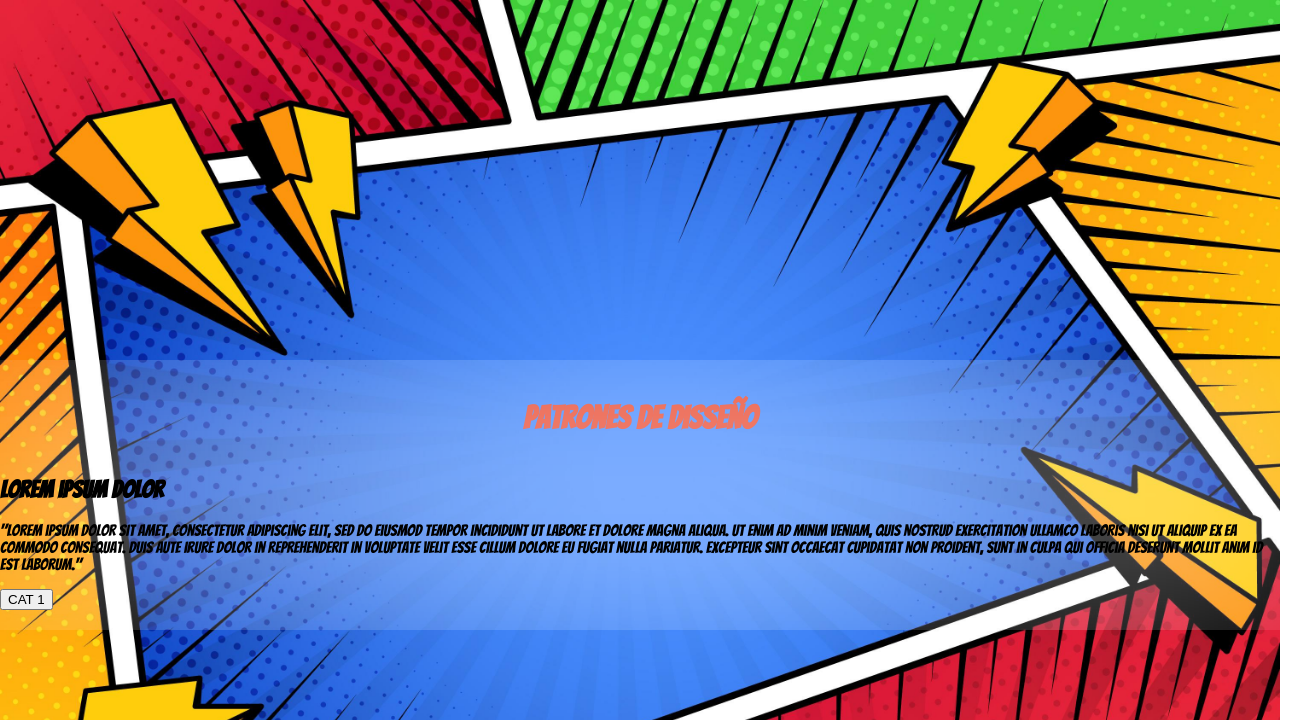
Repository: nrsWebs/design-pattern-es
Page: index.html
The author's editor kept a copy of each file at every save. The page is drawn from the files as they stood at one save, then again after the next save.
The browser window is 1280 px wide. The page is 1300 px wide, so the pictures cover 1300 px, including what lies to the right of the window. The pictures show the whole page.

Above is the page before, as saved 2021-02-06 19:45:16.

After the next save:
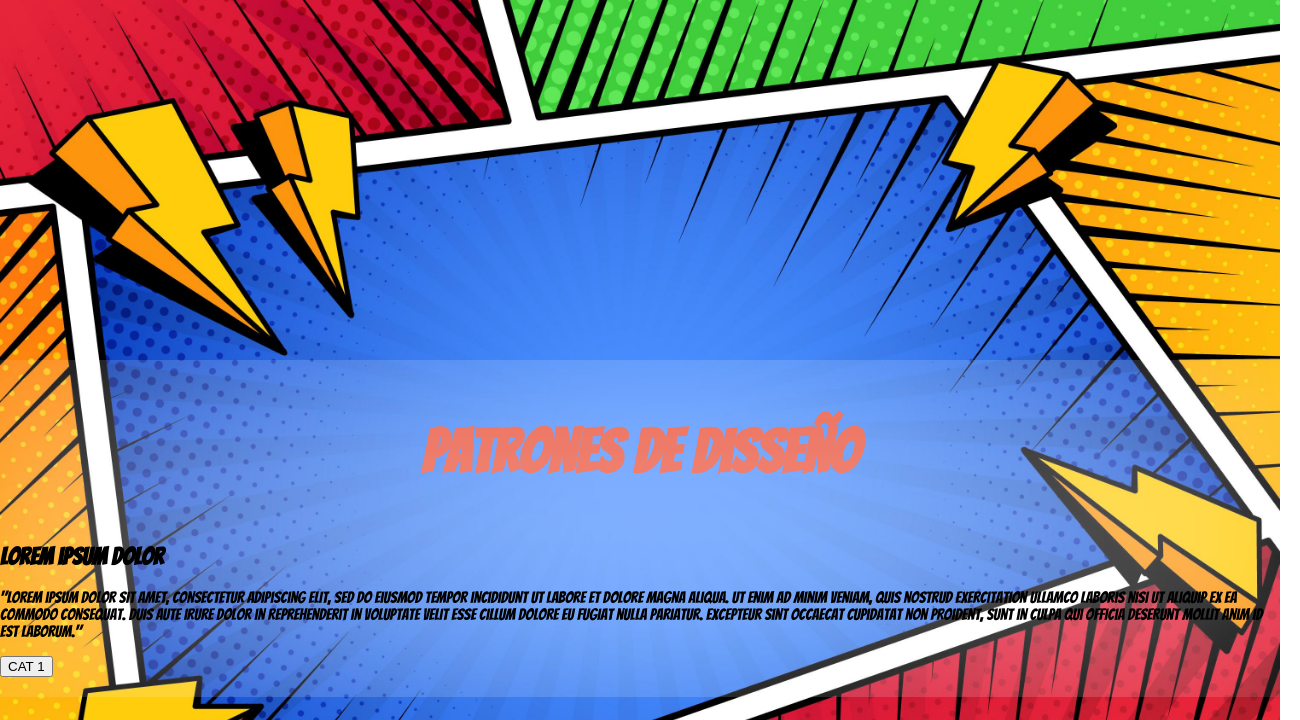
Saved 102 s later.
--- a/source/main.css
+++ b/source/main.css
@@ -26,7 +26,8 @@ body {
 }
 h1{
     text-align: center;
-    color: var(--secondary)
+    color: var(--secondary);
+    font-size: 60px;
 }
 .box {
     display: flex;
